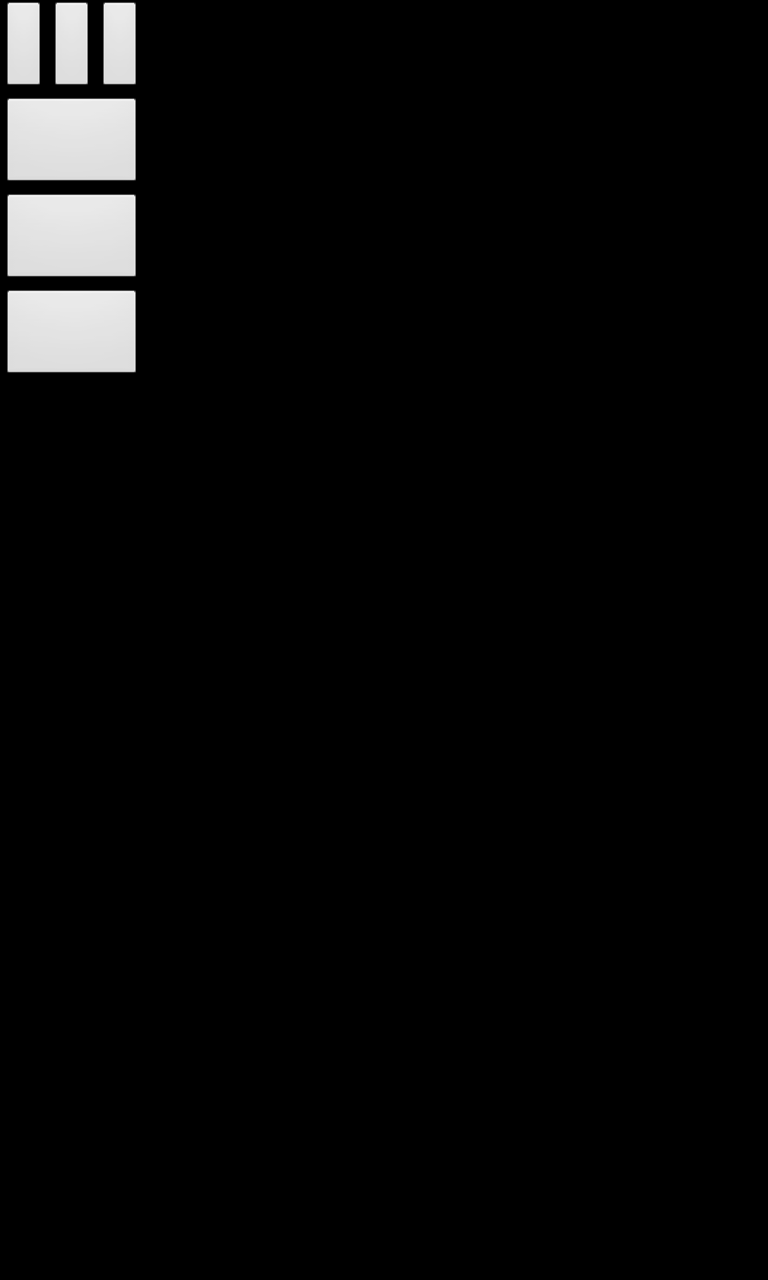
Repository: simplesns/workspace
Layout: eclipse/DEPuzzles/res/layout/temp.xml
An editor plug-in stored every save of this project. The layout is shown before and after the next save, followed by the edit.
It is drawn on a 768 x 1280 px phone screen (xhdpi) without system bars, with theme android:Theme; the app's code is not run.

Above is the layout before, as saved 2011-01-27 08:22:54.

### eclipse/DEPuzzles/res/layout/temp.xml
<?xml version="1.0" encoding="utf-8"?>
<LinearLayout xmlns:android="http://schemas.android.com/apk/res/android"
	android:layout_width="fill_parent" android:layout_height="fill_parent">
	<TableLayout android:id="@+id/TableLayout01"
		android:layout_width="wrap_content" android:layout_height="wrap_content">
		<TableRow android:id="@+id/TableRow01" android:layout_width="wrap_content"
			android:layout_height="wrap_content">
			<Button android:text="@+id/Button01" android:id="@+id/Button01"
				android:layout_width="wrap_content" android:layout_height="wrap_content"></Button>
			<Button android:text="@+id/Button01" android:id="@+id/Button01"
				android:layout_width="wrap_content" android:layout_height="wrap_content"></Button>
			<Button android:text="@+id/Button01" android:id="@+id/Button01"
				android:layout_width="wrap_content" android:layout_height="wrap_content"></Button>
		</TableRow>
		<TableRow android:id="@+id/TableRow02" android:layout_width="wrap_content"
			android:layout_height="wrap_content"></TableRow>
			<Button android:text="@+id/Button01" android:id="@+id/Button01"
				android:layout_width="wrap_content" android:layout_height="wrap_content"></Button>
			<Button android:text="@+id/Button01" android:id="@+id/Button01"
				android:layout_width="wrap_content" android:layout_height="wrap_content"></Button>
			<Button android:text="@+id/Button01" android:id="@+id/Button01"
				android:layout_width="wrap_content" android:layout_height="wrap_content"></Button>
	</TableLayout>

</LinearLayout>

After the next save:
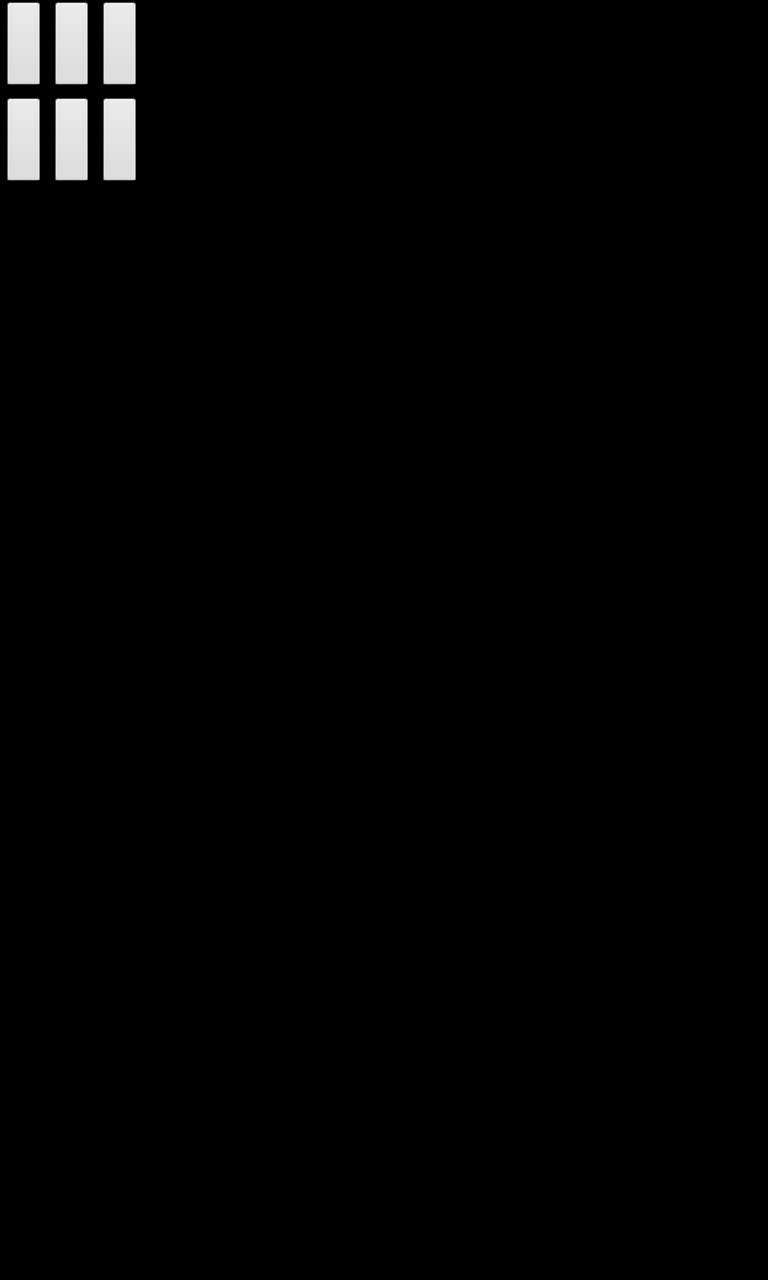
Saved 12 s later.
--- a/eclipse/DEPuzzles/res/layout/temp.xml
+++ b/eclipse/DEPuzzles/res/layout/temp.xml
@@ -13,13 +13,14 @@
 				android:layout_width="wrap_content" android:layout_height="wrap_content"></Button>
 		</TableRow>
 		<TableRow android:id="@+id/TableRow02" android:layout_width="wrap_content"
-			android:layout_height="wrap_content"></TableRow>
+			android:layout_height="wrap_content">
 			<Button android:text="@+id/Button01" android:id="@+id/Button01"
 				android:layout_width="wrap_content" android:layout_height="wrap_content"></Button>
 			<Button android:text="@+id/Button01" android:id="@+id/Button01"
 				android:layout_width="wrap_content" android:layout_height="wrap_content"></Button>
 			<Button android:text="@+id/Button01" android:id="@+id/Button01"
 				android:layout_width="wrap_content" android:layout_height="wrap_content"></Button>
+				</TableRow>
 	</TableLayout>
 
 </LinearLayout>
